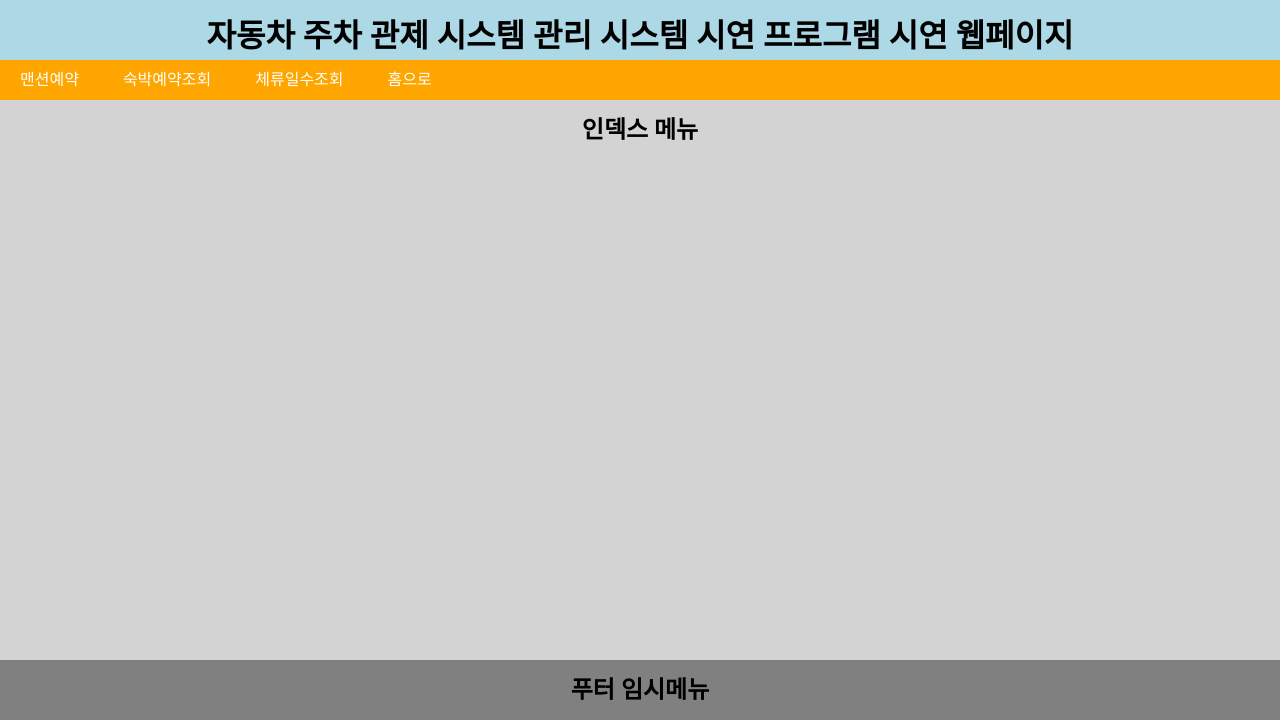
Repository: Ghraminal/mytest
Page: http://localhost/farking/
The author's editor kept a copy of each file at every save. The page is drawn from the files as they stood at one save, then again after the next save.
The browser window is 1280 px wide. The pictures show the whole page.
The page is served by Tomcat 9.

Above is the page before, as saved 2025-08-19 00:16:53.

After the next save:
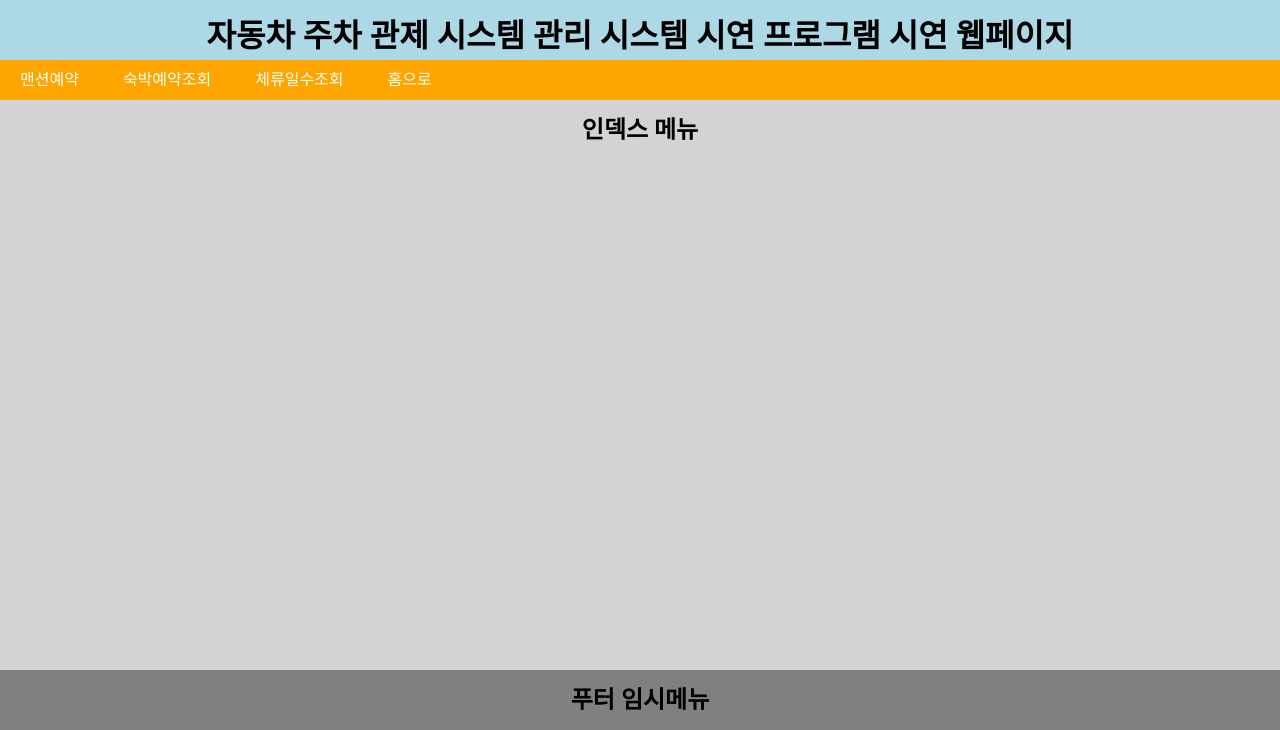
Saved 8 s later.
--- a/farking/src/main/webapp/index.jsp
+++ b/farking/src/main/webapp/index.jsp
@@ -15,7 +15,7 @@
 	}
 	section{
 		width: 100%;
-		height: calc(100vh - 160px);
+		height: calc(100vh - 150px);
 		background-color: lightgray;
 	}
 	h1{
